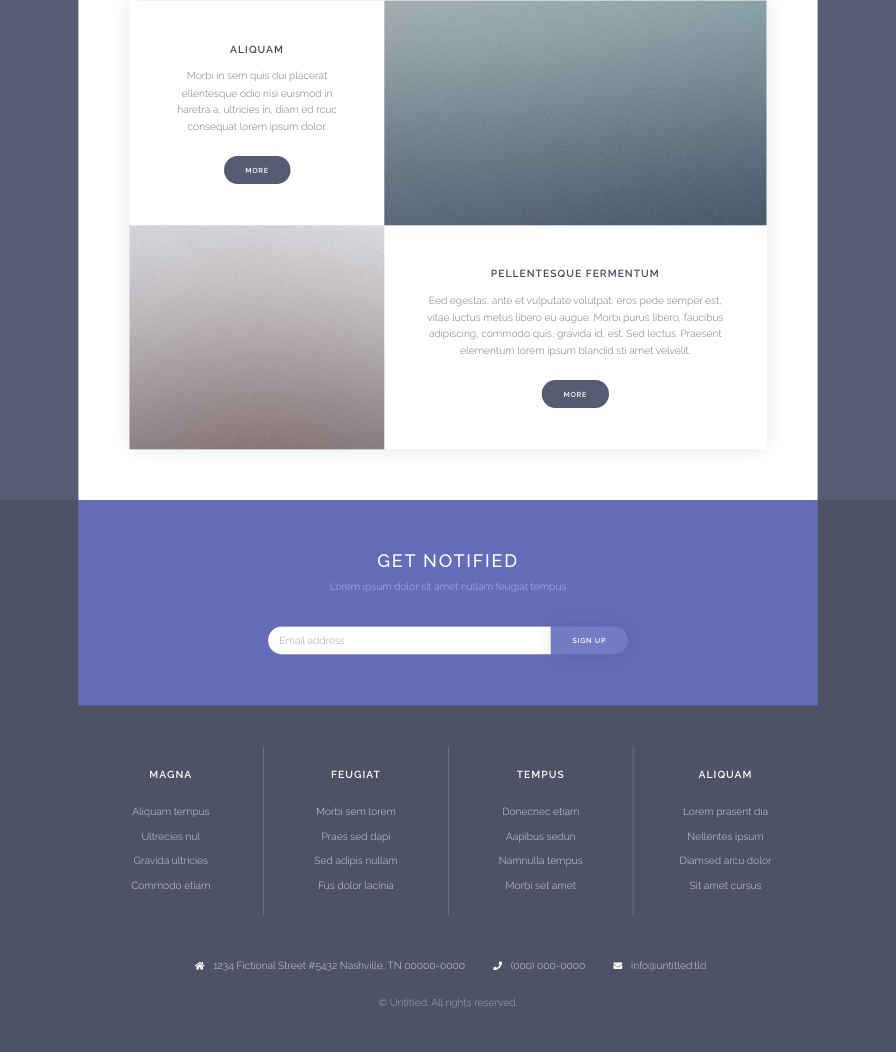
Repository: Roshanell/Houston-women-in-tech
Page: index.html
These files come from the project's save history. The page is drawn as it stood at one moment and after a run of saves; the edit follows.
The browser window is 1280 px wide. The pictures show the part of the page from y = 1947 to 3867 px (the page is 3450 px tall before and 3867 px after), at 70% of full size.

Above is the page before, as saved 2022-12-11 15:56:38.

### index.html
<!DOCTYPE HTML>

<html>

	<head>
		<title>Texas Women In Tech</title>
		<meta charset="utf-8" />
		<meta name="viewport" content="width=device-width, initial-scale=1, user-scalable=no" />
		<link rel="stylesheet" href="assets/css/main.css" />
	</head>

	<body class="is-preload">

		<!-- Page Wrapper -->
		<div id="page-wrapper">

			<!-- Wrapper -->
			<div class="wrapper">
				<div class="inner">

					<!-- Header -->
					<header id="header">
						<a href="index.html" class="logo">Altitude <span>by Pixelarity</span></a>
						<nav>
							<ul>
								<li><a href="#menu">Menu</a></li>
							</ul>
						</nav>
					</header>

					<!-- Nav -->
					<nav id="menu">
						<ul class="links">
							<li><a href="index.html">Home</a></li>
							<li><a href="generic.html">Generic</a></li>
							<li><a href="elements.html">Elements</a></li>
						</ul>
						<ul class="actions stacked">
							<li><a href="#" class="button primary fit">Sign Up</a></li>
							<li><a href="#" class="button fit">Log In</a></li>
						</ul>
					</nav>

					<!-- Banner -->
					<section id="banner">
						<div class="items">
							<section class="accent2">
								<h1>Our Mission</h1>
								<p>Texas Women in Tech is on a mission to empower women and contribute to sustainability in Texas, by
									investing in the skills of women in technology.
									<br>
									We are a volunteer run organization of Texas women in technology that desire meaningful connections
									with other women in tech, that are seeking to inspire and be inspired, and who are interested in
									elevating ourselves and each other.
								</p>
								<ul class="actions special">
									<li><a href="#" class="button primary">Join Our Cause</a></li>
								</ul>
							</section>
							<section class="accent3">
								<h1>Amet magna</h1>
								<p>Fusce lancinia ipsum feugiat dolor sed matis tempus sed nullam</p>
								<ul class="actions special">
									<li><a href="#" class="button primary">More</a></li>
								</ul>
							</section>
						</div>
						<div class="slider">
							<article>
								<img src="images/pic01.jpg" alt="" data-position="bottom right" />
							</article>
							<article>
								<img src="images/pic02.jpg" alt="" data-position="bottom right" />
							</article>
							<article>
								<img src="images/pic03.jpg" alt="" data-position="top left" />
							</article>
						</div>
					</section>

				</div>
			</div>

			<!-- Wrapper -->
			<div class="wrapper">
				<div class="inner">

					<!-- Section -->
					<section class="main">
						<header class="major">
							<h2>We strive to accomplish our mission through 3 core pillars:</h2>
						</header>
						<div class="features">
							<section>
								<span class="icon solid fa-camera major accent2"></span>
								<h3>Connection through events</h3>
								<p>We believe that connecting women with a community that understands and believes in them opens the
									door for professional and personal growth. We hold various events such as monthly social networking
									meetups that are open to all as well as member only events like executive exchanges, roundtable
									discussions, book clubs and debates.</p>
							</section>
							<section>
								<span class="icon solid fa-paper-plane major accent3"></span>
								<h3>Inspiration through Outreach</h3>
								<p>When we share our journey’s, others learn and benefit from our experience. We aim to increase
									awareness and ignite a passion for STEM careers through community outreach. We welcome inspirational
									guest speakers on a variety of topics. We also are working to establish programs for Texas schools
									such as coding clubs and ensuring women technologists speak at career day sessions. We also are
									developing a mentorship program in which we pair mid-level professionals with senior level executives
									for a quarter of connection over purposeful events.</p>
							</section>
							<section>
								<span class="icon solid fa-envelope major accent4"></span>
								<h3>Elevation through Mentorship and Professional Development </h3>
								<p>We are on a mission to elevate ourselves and one another. We are working to award grants for educational opportunities in tech. Members host knowledge sessions on their particular role, field and journey, to skill-up the next woman. We will also offer skill sessions on topics ranging from coding/low code workshops, agile boot-camps, product design and more.
									-	Get Involved
									</p>
							</section>
						</div>
					</section>

					<!-- Section -->
					<!-- <section class="carousel accent4">
						<article>
							<div class="image"><img src="images/pic04.jpg" alt="" data-position="center" /></div>
							<div class="content">
								<h3>Magna tempus</h3>
								<p>Adipiscing ullamcorper semper ut amet ac risus. Lorem sapien ut odio odio nunc. Ac adipiscing nibh
									porttitor erat risus justo adipiscing adipiscing amet placerat.</p>
							</div>
						</article>
						<article>
							<div class="image"><img src="images/pic05.jpg" alt="" data-position="center" /></div>
							<div class="content">
								<h3>Consequat ipsum</h3>
								<p>Sapien a lorem in integer ornare praesent commodo adipiscing arcu in massa commodo lorem accumsan at
									odio massa ac ac. Semper adipiscing varius accumsan.</p>
							</div>
						</article>
						<article>
							<div class="image"><img src="images/pic06.jpg" alt="" data-position="center" /></div>
							<div class="content">
								<h3>Magna tempus</h3>
								<p>Volutpat eu sed ante lacinia sapien lorem accumsan varius montes viverra nibh in adipiscing blandit
									tempus accumsan lorem ipsum dolor sit amet nullam aliquam.</p>
							</div>
						</article>
						<nav>
							<a href="#" class="previous"><span class="label">Previous</span></a>
							<a href="#" class="next"><span class="label">Next</span></a>
						</nav>
					</section> -->

					<!-- Section -->
					<section class="main">
						<header class="major">
							<h2>Sed tempus aliquam</h2>
							<p>Lorem ipsum dolor sit amet</p>
						</header>
						<div class="spotlights">
							<article>
								<div class="image"><img src="images/pic07.jpg" alt="" data-position="center" /></div>
								<div class="content">
									<h3>Aliquam</h3>
									<p>Morbi in sem quis dui placerat ellentesque odio nisi euismod in haretra a, ultricies in, diam ed
										rcuc consequat lorem ipsum dolor.</p>
									<ul class="actions special">
										<li><a href="#" class="button primary">More</a></li>
									</ul>
								</div>
							</article>
							<article>
								<div class="image"><img src="images/pic08.jpg" alt="" data-position="center" /></div>
								<div class="content">
									<h3>Pellentesque fermentum</h3>
									<p>Eed egestas, ante et vulputate volutpat, eros pede semper est, vitae luctus metus libero eu augue.
										Morbi purus libero, faucibus adipiscing, commodo quis, gravida id, est. Sed lectus. Praesent
										elementum lorem ipsum blandid sti amet velvelit.</p>
									<ul class="actions special">
										<li><a href="#" class="button primary">More</a></li>
									</ul>
								</div>
							</article>
						</div>
					</section>

				</div>
			</div>

			<!-- Wrapper -->
			<div class="wrapper">
				<div class="inner">

					<!-- Section -->
					<section class="main accent2">
						<header class="major">
							<h2>Get notified</h2>
							<p>Lorem ipsum dolor sit amet nullam feugiat tempus</p>
						</header>
						<form method="post" action="#" class="combined">
							<input type="email" name="email" id="email" placeholder="Email address" class="invert" />
							<input type="submit" class="primary" value="Sign Up" />
						</form>
					</section>

					<!-- Footer -->
					<footer id="footer">
						<section class="links">
							<div>
								<h3>Magna</h3>
								<ul class="plain">
									<li><a href="#">Aliquam tempus</a></li>
									<li><a href="#">Ultrecies nul</a></li>
									<li><a href="#">Gravida ultricies</a></li>
									<li><a href="#">Commodo etiam</a></li>
								</ul>
							</div>
							<div>
								<h3>Feugiat</h3>
								<ul class="plain">
									<li><a href="#">Morbi sem lorem</a></li>
									<li><a href="#">Praes sed dapi</a></li>
									<li><a href="#">Sed adipis nullam</a></li>
									<li><a href="#">Fus dolor lacinia</a></li>
								</ul>
							</div>
							<div>
								<h3>Tempus</h3>
								<ul class="plain">
									<li><a href="#">Donecnec etiam</a></li>
									<li><a href="#">Aapibus sedun</a></li>
									<li><a href="#">Namnulla tempus</a></li>
									<li><a href="#">Morbi set amet</a></li>
								</ul>
							</div>
							<div>
								<h3>Aliquam</h3>
								<ul class="plain">
									<li><a href="#">Lorem prasent dia</a></li>
									<li><a href="#">Nellentes ipsum</a></li>
									<li><a href="#">Diamsed arcu dolor</a></li>
									<li><a href="#">Sit amet cursus</a></li>
								</ul>
							</div>
						</section>
						<ul class="contact-icons">
							<li class="icon solid fa-home">1234 Fictional Street #5432 Nashville, TN 00000-0000</li>
							<li class="icon solid fa-phone"><a href="#">(000) 000-0000</a></li>
							<li class="icon solid fa-envelope"><a href="#">info@untitled.tld</a></li>
						</ul>
						<p class="copyright">&copy; Untitled. All rights reserved.</p>
					</footer>

				</div>
			</div>

		</div>

		<!-- Scripts -->
		<script src="assets/js/jquery.min.js"></script>
		<script src="assets/js/browser.min.js"></script>
		<script src="assets/js/breakpoints.min.js"></script>
		<script src="assets/js/util.js"></script>
		<script src="assets/js/main.js"></script>

	</body>

</html>

Loaded but not shown: assets/css/fontawesome-all.min.css (library); assets/js/jquery.min.js (library); assets/js/browser.min.js (common file); assets/js/breakpoints.min.js (common file); assets/js/util.js (587 lines, source omitted); assets/js/main.js (337 lines, source omitted); assets/css/main.css (5511 lines, source omitted)

After the next 2 saves:
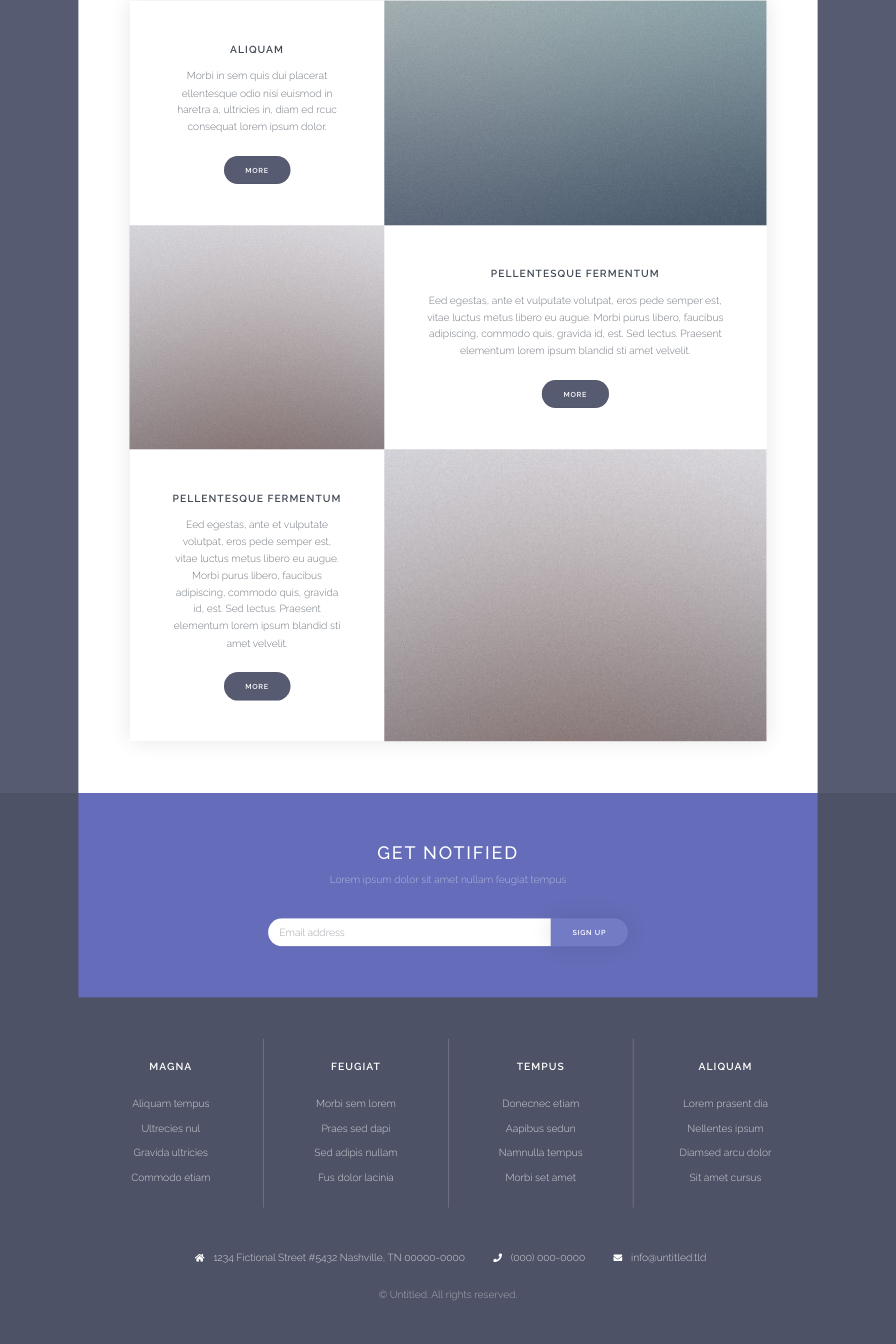
The 2 saves are shown as one change because they came seconds apart.
The last was saved 43 s later.
--- a/index.html
+++ b/index.html
@@ -112,9 +112,12 @@
 							<section>
 								<span class="icon solid fa-envelope major accent4"></span>
 								<h3>Elevation through Mentorship and Professional Development </h3>
-								<p>We are on a mission to elevate ourselves and one another. We are working to award grants for educational opportunities in tech. Members host knowledge sessions on their particular role, field and journey, to skill-up the next woman. We will also offer skill sessions on topics ranging from coding/low code workshops, agile boot-camps, product design and more.
-									-	Get Involved
-									</p>
+								<p>We are on a mission to elevate ourselves and one another. We are working to award grants for
+									educational opportunities in tech. Members host knowledge sessions on their particular role, field and
+									journey, to skill-up the next woman. We will also offer skill sessions on topics ranging from
+									coding/low code workshops, agile boot-camps, product design and more.
+									- Get Involved
+								</p>
 							</section>
 						</div>
 					</section>
@@ -181,6 +184,18 @@
 									</ul>
 								</div>
 							</article>
+							<article>
+								<div class="image"><img src="images/pic08.jpg" alt="" data-position="center" /></div>
+								<div class="content">
+									<h3>Pellentesque fermentum</h3>
+									<p>Eed egestas, ante et vulputate volutpat, eros pede semper est, vitae luctus metus libero eu augue.
+										Morbi purus libero, faucibus adipiscing, commodo quis, gravida id, est. Sed lectus. Praesent
+										elementum lorem ipsum blandid sti amet velvelit.</p>
+									<ul class="actions special">
+										<li><a href="#" class="button primary">More</a></li>
+									</ul>
+								</div>
+							</article>
 						</div>
 					</section>
 
